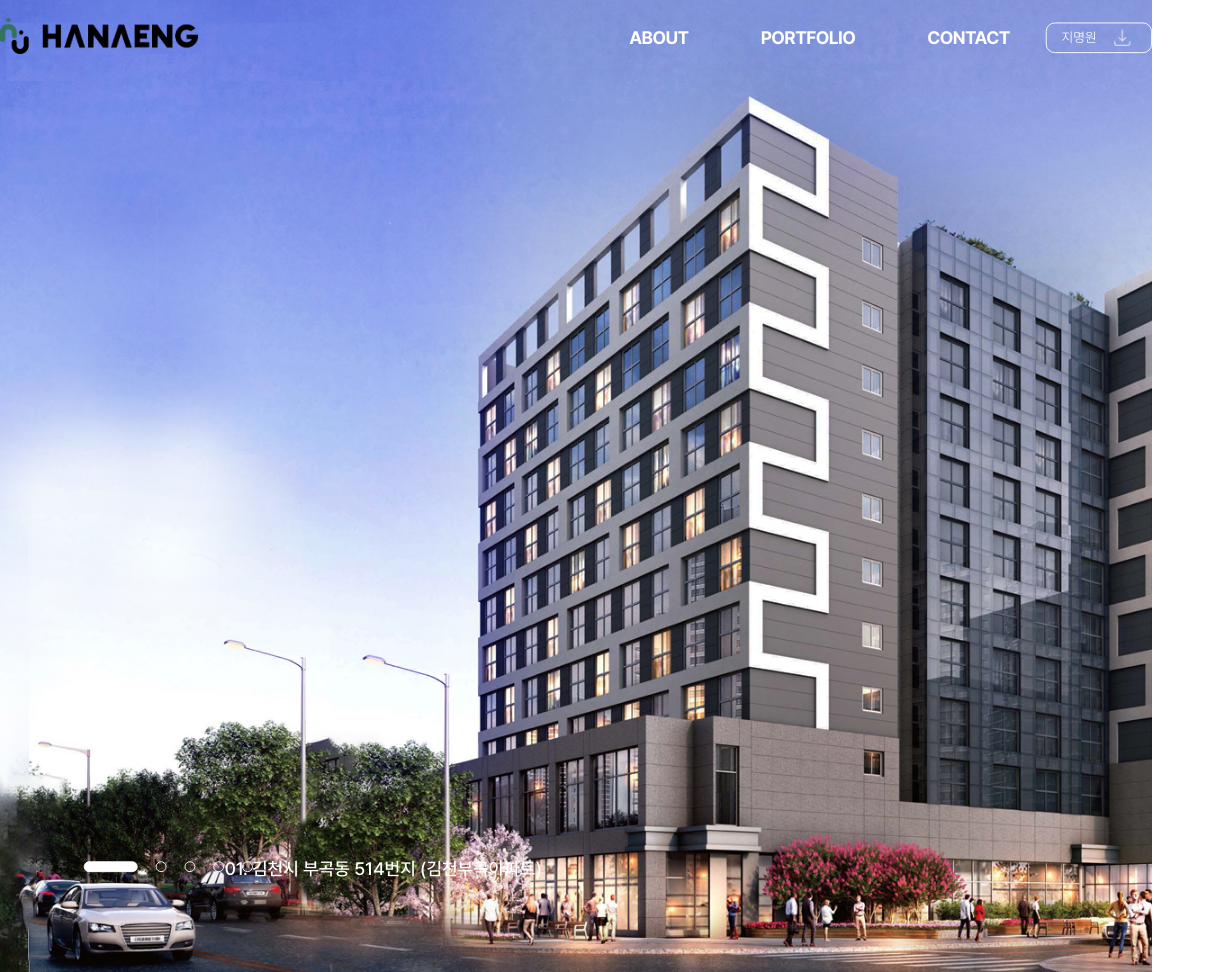
Repository: makeditWeb/hanaenc
Page: main.html
These files come from the project's save history. The page is drawn as it stood at one moment and after the next save; the edit follows.
The browser window is 1280 px wide. The page is 1363 px wide, so the pictures cover 1363 px, including what lies to the right of the window. The pictures show the whole page, at 90% of full size.
Some web libraries are served in a nearby version.

Above is the page before, as saved 2023-07-05 18:48:24.

### main.html
<!DOCTYPE html>
<html lang="en">
<head>
    <meta charset="UTF-8">
    <meta name="viewport" content="width=device-width, initial-scale=1.0">
    <title>Document</title>

    <link rel="stylesheet" href="./css/style.css">

    <link rel="stylesheet" type="text/css" href="//cdn.jsdelivr.net/npm/slick-carousel@1.8.1/slick/slick.css"/>
</head>
<body>
    <header id="nav-menu" aria-label="navigation bar">
        <div class="container">
            <div class="nav-start">
                <a class="logo" href="/">
                    <img src="./image/logo_b.png"alt="Logo" />
                </a>

            </div>



            <div class="nav-end">
                <nav class="menu">
                    <ul class="menu-bar">
                        <li>
                            <button class="nav-link dropdown-btn" data-dropdown="dropdown1" aria-haspopup="true"
                                aria-expanded="false" aria-label="discover">
                                ABOUT
                            </button>
                            <div id="dropdown1" class="dropdown">
                                <ul role="menu">
                                    <li role="menuitem">
                                        <a class="dropdown-link" href="#branding">회사소개 및 연혁</a>
                                    </li>
                                    <li role="menuitem">
                                        <a class="dropdown-link" href="#branding">사업분야</a>
                                    </li>
                                    <li role="menuitem">
                                        <a class="dropdown-link" href="#illustrations">조직도</a>
                                    </li>
                                    <li role="menuitem">
                                        <a class="dropdown-link" href="#illustrations">인증현황</a>
                                    </li>
                                </ul>
                            </div>
                        </li>
                        <li><a class="nav-link" href="/">PORTFOLIO</a></li>
                        <li><a class="nav-link" href="/">CONTACT</a></li>
                    </ul>
                </nav>
                <div class="download_wrap">
                    <p>지명원</p>
                    <img src="./image/navbar_down_w.png">
                </div>
                <button id="hamburger" aria-label="hamburger" aria-haspopup="true" aria-expanded="false">
                    <i class="bx bx-menu" aria-hidden="true"></i>
                </button>
            </div>
        </div>
    </header>

    <section class="main">
        <div class="main-slide-wrap">
            <div class="main-slide">
                <img src="./image/main_slide1.jpg" alt="slide1">
                <p class="slide_title">01. 김천시 부곡동 514번지 (김천부곡아파트)</p>
            </div>
            <div class="main-slide">
                <img src="./image/main_slide2.jpg" alt="slide1">
                <p class="slide_title">01. 김천시 부곡동 514번지 (김천부곡아파트)</p>
            </div>
            <div class="main-slide">
                <img src="./image/main_slide3.jpg" alt="slide1">
                <p class="slide_title">01. 김천시 부곡동 514번지 (김천부곡아파트)</p>
            </div>
            <div class="main-slide">
                <img src="./image/main_slide4.jpg" alt="slide1">
                <p class="slide_title">01. 김천시 부곡동 514번지 (김천부곡아파트)</p>
            </div>
            <div class="main-slide">
                <img src="./image/main_slide5.jpg" alt="slide1">
                <p class="slide_title">01. 김천시 부곡동 514번지 (김천부곡아파트)</p>
            </div>
        </div>
    </section>
</body>

<script type="text/javascript" src="//code.jquery.com/jquery-1.11.0.min.js"></script>
<script type="text/javascript" src="//cdn.jsdelivr.net/npm/slick-carousel@1.8.1/slick/slick.min.js"></script>
<script src="./js/main.js"></script>

<script>
    $(document).ready(function () {
        $('.main-slide-wrap').slick({
            infinite: true,
            slidesToShow: 1,
            dots: true,
            arrows:false,
        });
    });
</script>
</html>

### css/style.css
* {
    margin: 0;
    padding: 0;
    box-sizing: border-box;
}

:root {
    --dark-grey: #333333;
    --medium-grey: #636363;
    --light-grey: #eeeeee;
    --ash: #f4f4f4;
    --primary-color: #2b72fb;
    --white: white;
    --border: 1px solid var(--light-grey);
    --shadow: rgba(0, 0, 0, 0.05) 0px 6px 24px 0px,
        rgba(0, 0, 0, 0.08) 0px 0px 0px 1px;
    --main-color:#009078;
}


@font-face {
    font-family: 'Pretendard-Thin';
    src: url('../font/Pretendard-Thin.woff') format('woff'),
        url('../font/Pretendard-Thin.woff2') format('woff2');
    font-weight: 100;
    font-style: normal;
}

@font-face {
    font-family: 'Pretendard-ExtraLight';
    src: url('../font/Pretendard-ExtraLight.woff') format('woff'),
    url('../font/Pretendard-ExtraLight.woff2') format('woff2');
    font-weight: 200;
    font-style: normal;
}

@font-face {
    font-family: 'Pretendard-Light';
    src: url('../font/Pretendard-Light.woff') format('woff'),
    url('../font/Pretendard-Light.woff2') format('woff2');
    font-weight: 300;
    font-style: normal;
}

@font-face {
    font-family: 'Pretendard-Regular';
    src: url('../font/Pretendard-Regular.woff') format('woff'),
    url('../font/Pretendard-Regular.woff2') format('woff2');
    font-weight: 400;
    font-style: normal;
}

@font-face {
    font-family: 'Pretendard-Medium';
    src: url('../font/Pretendard-Medium.woff') format('woff'),
    url('../font/Pretendard-Medium.woff2') format('woff2');
    font-weight: 500;
    font-style: normal;
}

@font-face {
    font-family: 'Pretendard-SemiBold';
    src: url('../font/Pretendard-SemiBold.woff') format('woff'),
    url('../font/Pretendard-SemiBold.woff2') format('woff2');
    font-weight: 600;
    font-style: normal;
}

@font-face {
    font-family: 'Pretendard-Bold';
    src: url('../font/Pretendard-Bold.woff') format('woff'),
    url('../font/Pretendard-Bold.woff2') format('woff2');
    font-weight: 700;
    font-style: normal;
}

@font-face {
    font-family: 'Pretendard-ExtraBold';
    src: url('../font/Pretendard-ExtraBold.woff') format('woff'),
    url('../font/Pretendard-ExtraBold.woff2') format('woff2');
    font-weight: 800;
    font-style: normal;
}

@font-face {
    font-family: 'Pretendard-Black';
    src: url('../font/Pretendard-Black.woff') format('woff'),
    url('../font/Pretendard-Black.woff2') format('woff2');
    font-weight: 800;
    font-style: normal;
}


body {
    font-family: inherit;

}

ul {
    list-style: none;
}

a {
    text-decoration: none;
}

button {
    border: none;
    background-color: transparent;
    cursor: pointer;
    outline: none;
}

.btn {
    display: block;
    text-align: center;
    padding: 0.6rem 1.4rem;
    font-size: 1rem;
    font-weight: 500;
    border-radius: 5px;
}


.logo {
    width: 220px;
    height: auto;
}

.logo img{
    width: 100%;
    height: 100%;
}

#nav-menu {
    background-color: transparent;
    position: fixed;
    top: 0;
    left: 0;
    height: 100px;
    width: 100%;
    z-index: 9;
    height: 90px;
}

.container {
    display: flex;
    align-items: center;
    justify-content: space-between;
    column-gap: 2rem;

    max-width: 1410px;
    margin: 0 auto;
}

.menu {
    position: relative;
}

.menu-bar li{
    position: relative;
    padding: 10px 0;
}


.menu-bar .dropdown-link-title {
    font-weight: 600;
}

.menu-bar .nav-link {
    font-size: 20px;
    letter-spacing: -0.6px;
    padding: 20px 40px;
    color: #fff;
    font-family: 'Pretendard-Bold';
    box-sizing: border-box;
}


.menu-bar .nav-link:hover,
.dropdown-link:hover {
    color: #fff;
}

.nav-start,
.nav-end,
.menu-bar,
.right-container,
.right-container .search {
    display: flex;
    align-items: center;
}

.dropdown {
    display: flex;
    flex-direction: column;
    width: 180px;
    height: 220px;
    background-color: var(--main-color);
    border-radius: 10px;
    position: absolute;
    top: 60px;
    z-index: 1;
    visibility: hidden;
    opacity: 0;
    transform: scale(0.97) translateX(-5px);
    transition: 0.1s ease-in-out;
    box-shadow: var(--shadow);
}

.dropdown.active {
    visibility: visible;
    opacity: 1;
    transform: scale(1) translateX(5px);
}

.dropdown ul {
    display: flex;
    flex-direction: column;
    padding: 27px 25px;
}

.dropdown-btn {
    display: flex;
    align-items: center;
    justify-content: space-between;
    gap: 0.15rem;
}

.dropdown-link {
    color: #fff;
    transition: 0.1s ease-in-out;
}

.dropdown-link p {
    font-size: 20px;
}

.right-container {
    display: flex;
    align-items: center;
    column-gap: 1rem;
}

.right-container .search {
    position: relative;
}

.right-container img {
    border-radius: 50%;
}

.search input {
    background-color: var(--ash);
    border: none;
    border-radius: 6px;
    padding: 0.7rem;
    padding-left: 2.4rem;
    font-size: 16px;
    width: 100%;
    border: var(--border);
}

.search .bx-search {
    position: absolute;
    left: 10px;
    top: 50%;
    font-size: 1.3rem;
    transform: translateY(-50%);
    opacity: 0.6;
}

#hamburger {
    display: none;
    padding: 0.1rem;
    margin-left: 1rem;
    font-size: 1.9rem;
}

.download_wrap{
    display: flex;
    align-items: center;
    justify-content: center;
    border: 1px solid #fff;
    border-radius: 10px;
    width: 118px;
    height: 34px;

}

.download_wrap p{
    font-size: 15px;
    color: #fff;
    font-family: 'Pretendard-Light';
    margin-right: 14px;
}

.download_wrap img{
    width: 30px;
    height: 30px;
}

.main-slide {
    width: 100%;
    position: relative;
}

.main-slide p{
    color: #fff;
    position: absolute;
    bottom: 103px;
    left: 19.5%;
    font-size: 20px;
    font-family: 'Pretendard-Medium';
}

.slick-dots{
    display: flex;
    align-items: center;
    padding: 1rem 0;
    list-style-type: none;
    position: absolute;
    bottom: 95px;
    max-width: 1410px;
    width: 100%;
    margin: 0 auto;
    left: 6.5%;
}

.slick-dots li {
    margin: 0 10px;
}

.slick-dots button {
    display: block;
    width: 12px;
    height: 12px;
    border-radius: 50%;
    padding: 0;
    border: none;
    background-color: transparent;
    border: 1px solid #fff;
    text-indent: -9999px;
}

.slick-dots li.slick-active button {
    width: 60px;
    height: 12px;
    background-color: #fff;
    border-radius: 10px;
  }

@media (max-width: 1100px) {
    #hamburger {
        display: block;
    }

    .container {
        padding: 1.2rem;
    }

    .menu {
        display: none;
        position: absolute;
        top: 87px;
        left: 0;
        min-height: 100vh;
        width: 100vw;
    }



    .dropdown {
        display: none;
        min-width: 100%;
        border: none !important;
        border-radius: 5px;
        position: static;
        top: 0;
        left: 0;
        visibility: visible;
        opacity: 1;
        transform: none;
        box-shadow: none;
    }

    .menu.show,
    .dropdown.active {
        display: block;
    }

    .dropdown ul {
        padding-left: 0.3rem;
    }

    .menu-bar {
        display: flex;
        flex-direction: column;
        align-items: stretch;
        row-gap: 1rem;
        padding: 1rem;
    }

    .menu-bar .nav-link {
        display: flex;
        justify-content: space-between;
        width: 100%;
        font-weight: 600;
        font-size: 1.2rem;
        margin: 0;
    }

    .menu-bar li:first-child .dropdown {
        min-width: 100%;
    }

    .menu-bar>li:not(:last-child) {
        padding-bottom: 0.5rem;
        border-bottom: var(--border);
    }
}

@media (max-width: 600px) {
    .right-container {
        display: none;
    }
}

### js/main.js


// main

const dropdownBtn = document.querySelectorAll(".dropdown-btn");
const dropdown = document.querySelectorAll(".dropdown");
const hamburgerBtn = document.getElementById("hamburger");
const navMenu = document.querySelector(".menu");
const links = document.querySelectorAll(".dropdown a");

function setAriaExpandedFalse() {
  dropdownBtn.forEach((btn) => btn.setAttribute("aria-expanded", "false"));
}

function closeDropdownMenu() {
  dropdown.forEach((drop) => {
    drop.classList.remove("active");
    drop.addEventListener("click", (e) => e.stopPropagation());
  });
}

function toggleHamburger() {
  navMenu.classList.toggle("show");
}

dropdownBtn.forEach((btn) => {
  btn.addEventListener("click", function (e) {
    const dropdownIndex = e.currentTarget.dataset.dropdown;
    const dropdownElement = document.getElementById(dropdownIndex);

    dropdownElement.classList.toggle("active");
    dropdown.forEach((drop) => {
      if (drop.id !== btn.dataset["dropdown"]) {
        drop.classList.remove("active");
      }
    });
    e.stopPropagation();
    btn.setAttribute(
      "aria-expanded",
      btn.getAttribute("aria-expanded") === "false" ? "true" : "false"
    );
  });
});

// close dropdown menu when the dropdown links are clicked
links.forEach((link) =>
  link.addEventListener("click", () => {
    closeDropdownMenu();
    setAriaExpandedFalse();
    toggleHamburger();
  })
);

// close dropdown menu when you click on the document body
document.documentElement.addEventListener("click", () => {
  closeDropdownMenu();
  setAriaExpandedFalse();
});

// close dropdown when the escape key is pressed
document.addEventListener("keydown", (e) => {
  if (e.key === "Escape") {
    closeDropdownMenu();
    setAriaExpandedFalse();
  }
});

// toggle hamburger menu
hamburgerBtn.addEventListener("click", toggleHamburger);

After the next save:
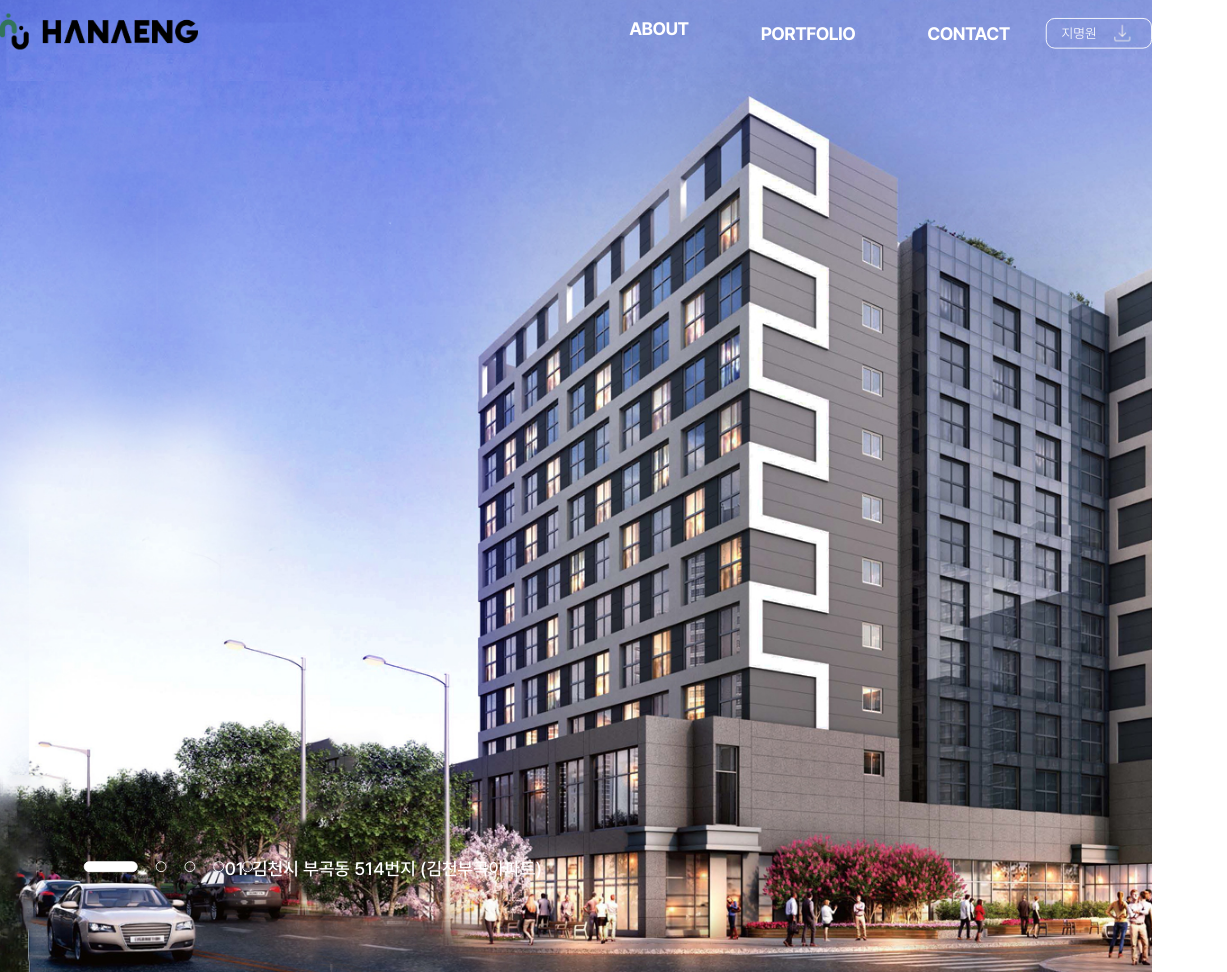
Saved 3 min 26 s later.
--- a/css/style.css
+++ b/css/style.css
@@ -161,6 +161,10 @@
     padding: 10px 0;
 }
 
+.menu-bar li:first-child{
+    padding: 0 0 10px;
+}
+
 
 .menu-bar .dropdown-link-title {
     font-weight: 600;
@@ -198,7 +202,8 @@
     background-color: var(--main-color);
     border-radius: 10px;
     position: absolute;
-    top: 60px;
+    top: 80px;
+    left: -25px;
     z-index: 1;
     visibility: hidden;
     opacity: 0;
